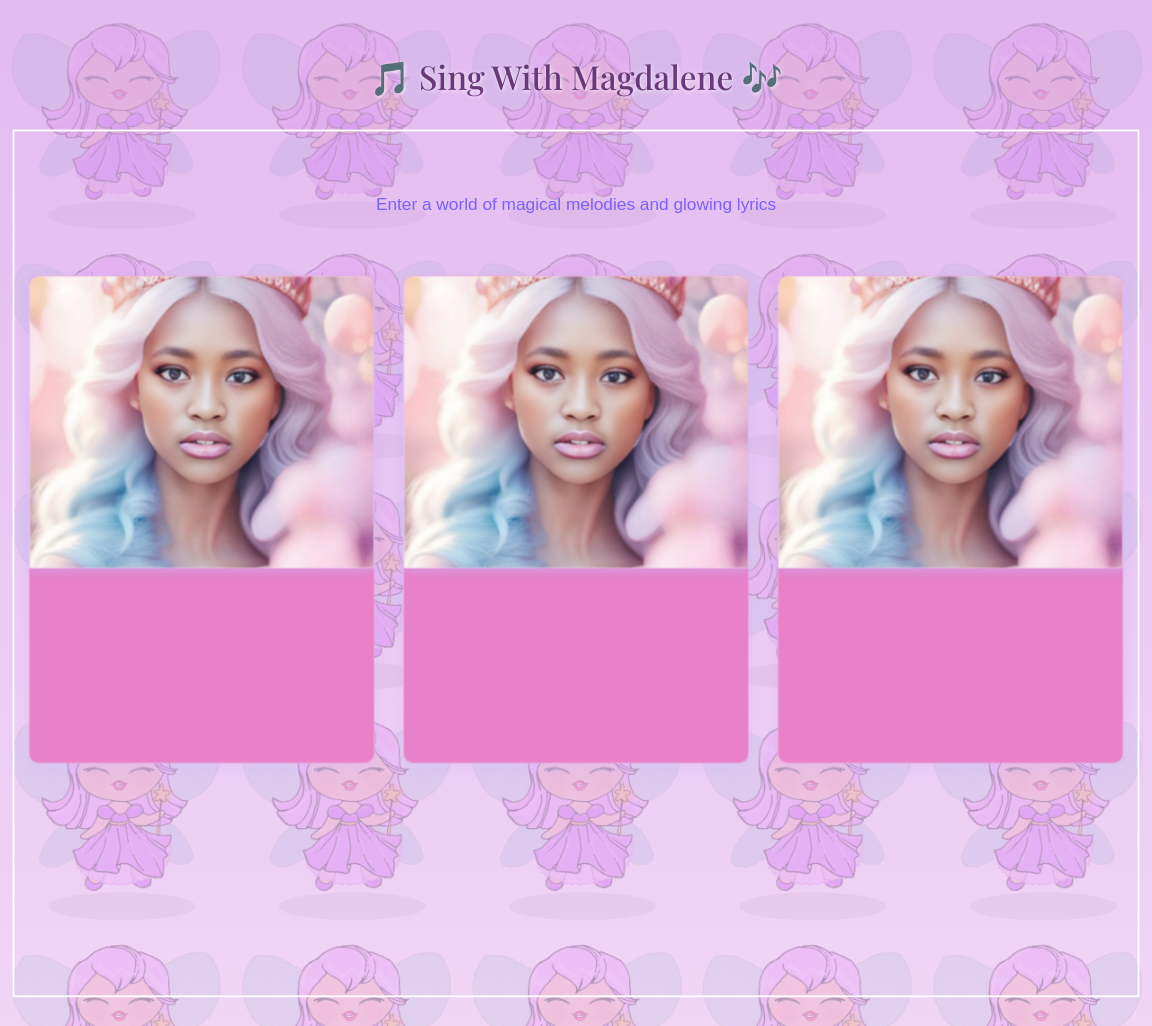
Repository: VladimirGagarin/Meg
Page: /
An editor plug-in stored every save of this project. The page is shown before and after a run of saves, followed by the edit.
The browser window is 1280 px wide. The pictures show the whole page, at 90% of full size.
The project was rebuilt for these pictures with package versions that can differ from the ones it lists, and the page was loaded fresh each time. Also part of the build but not shown: vite.config.js, src/components/Controls.jsx, src/pages/SongScreen.css, src/components/lyricsCard.jsx, src/pages/SongScreen.jsx. Imported but missing from the stored project, and not drawn on this page: src/assets/audios/IamMagdalene.mp3, src/assets/audios/The beginning.mp3, src/assets/audios/meg.mp3.

Above is the page before, as saved 2025-07-07 13:14:21.

After the next 2 saves:
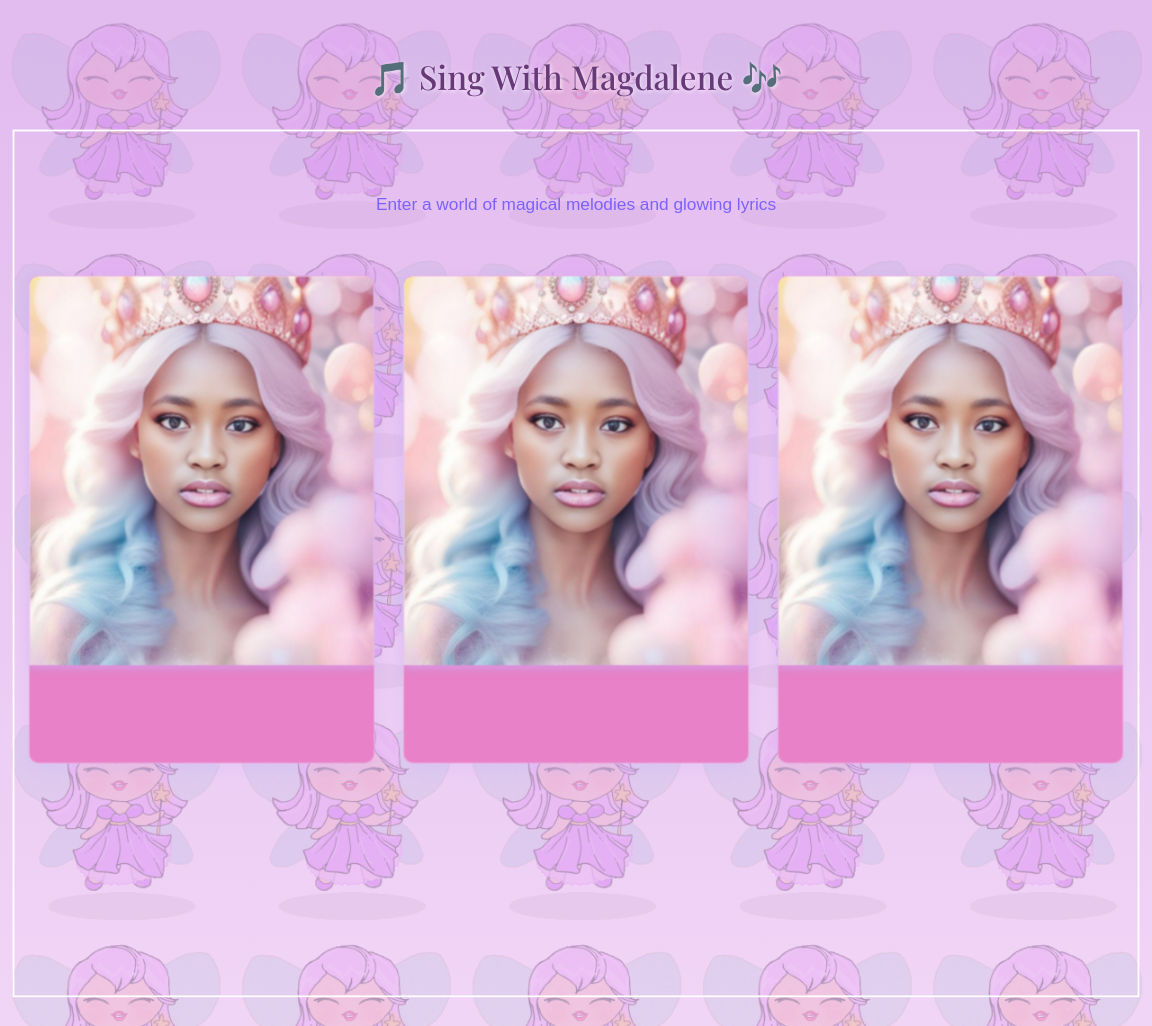
The 2 saves are shown as one change because they came seconds apart.
The last was saved 20 s later.
--- a/src/components/SongCard.css
+++ b/src/components/SongCard.css
@@ -37,7 +37,7 @@
     left: 0;
     right: 0;
     width: 100%;
-    height: 60%;
+    height: 80%;
     overflow: hidden;
     box-shadow: 0 4px 10px rgba(200, 180, 255, 0.5);
     background: #fff;
